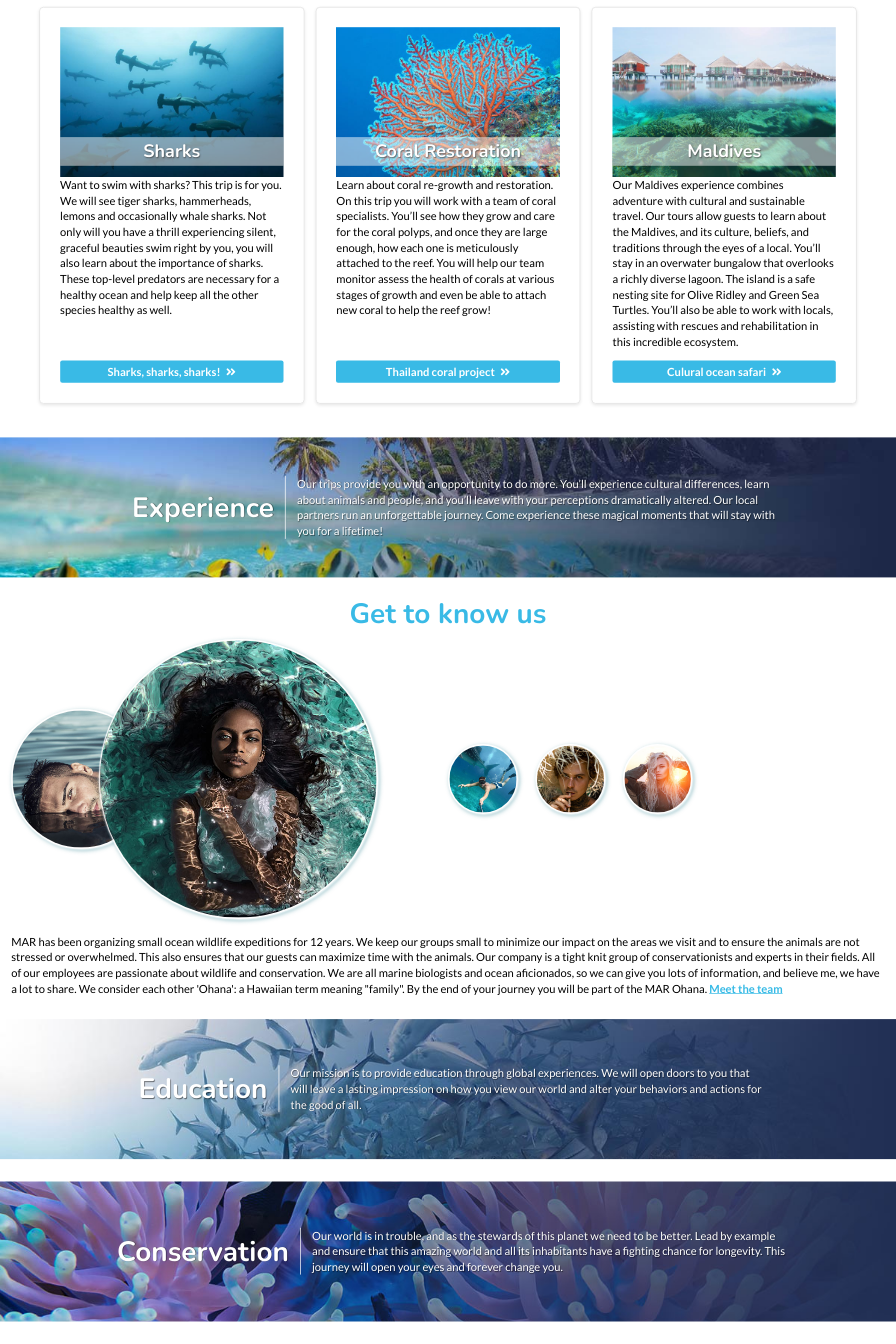
Repository: mariocapitbrok/css-combining-grid-and-flexbox-ch04
Page: 04_08/04_08_start.html
These files come from the project's save history. The page is drawn as it stood at one moment and after the next save; the edit follows.
The browser window is 1280 px wide. The pictures show the part of the page from y = 1107 to 3027 px (the page is 3027 px tall), at 70% of full size.

Above is the page before, as saved 2022-10-10 19:27:46.

After the next save:
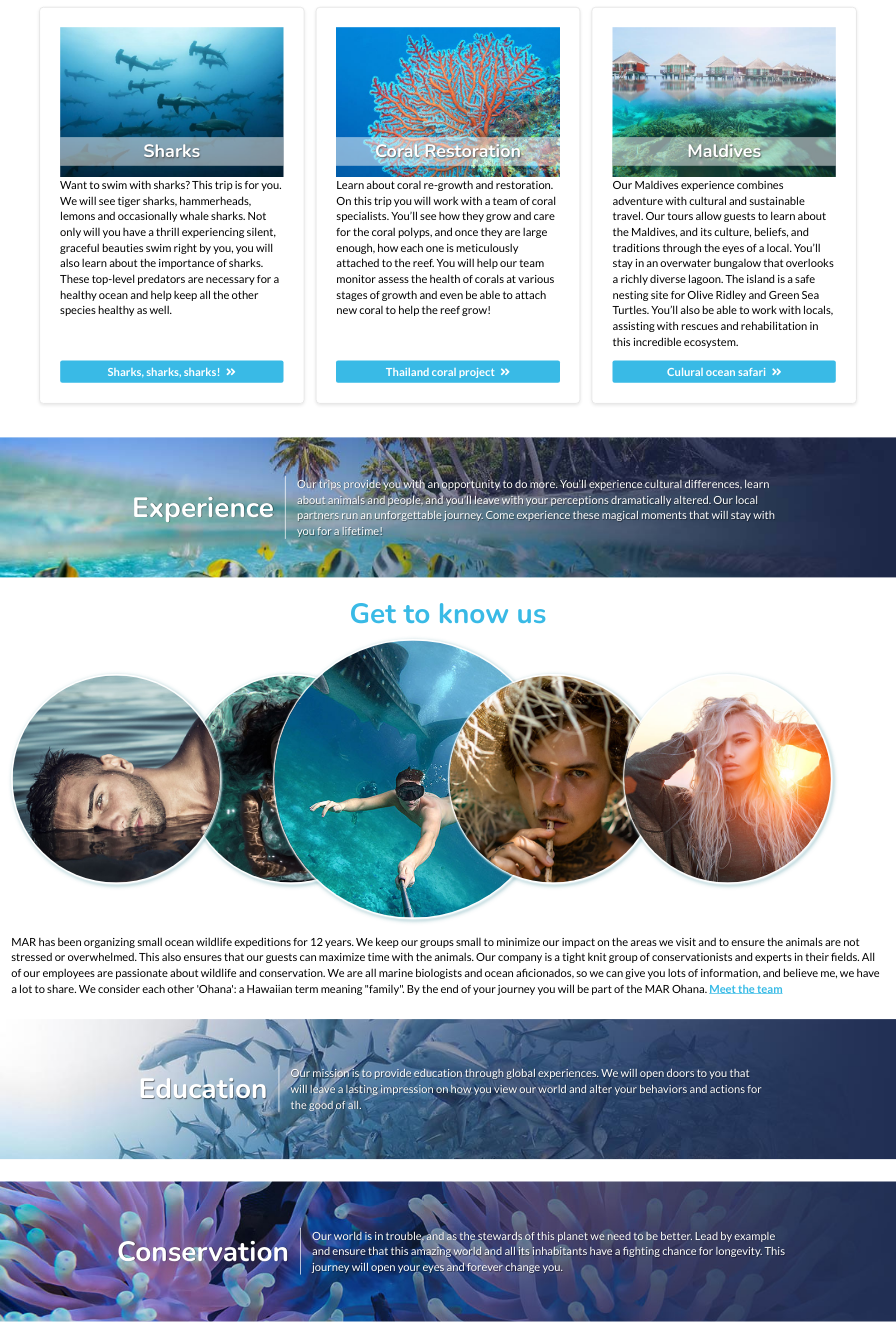
Saved 76 s later.
--- a/04_08/styles/base.css
+++ b/04_08/styles/base.css
@@ -399,20 +399,24 @@ nav .btn:hover {
 }
 
 .teamMembers li:nth-child(1) {
-  grid-column: 1/3;
+  grid-column: 1/4;
+  order: 1
 }
 
 .teamMembers li:nth-child(2) {
-  grid-column: 2/6;
+  grid-column: 3/6;
 }
 
 .teamMembers li:nth-child(3) {
+  grid-column: 4/8;
 }
 
 .teamMembers li:nth-child(4) {
+  grid-column: -3/6;
 }
 
 .teamMembers li:nth-child(5) {
+  grid-column: -4/-1;
 }
 
 .teamMembers li:hover {
